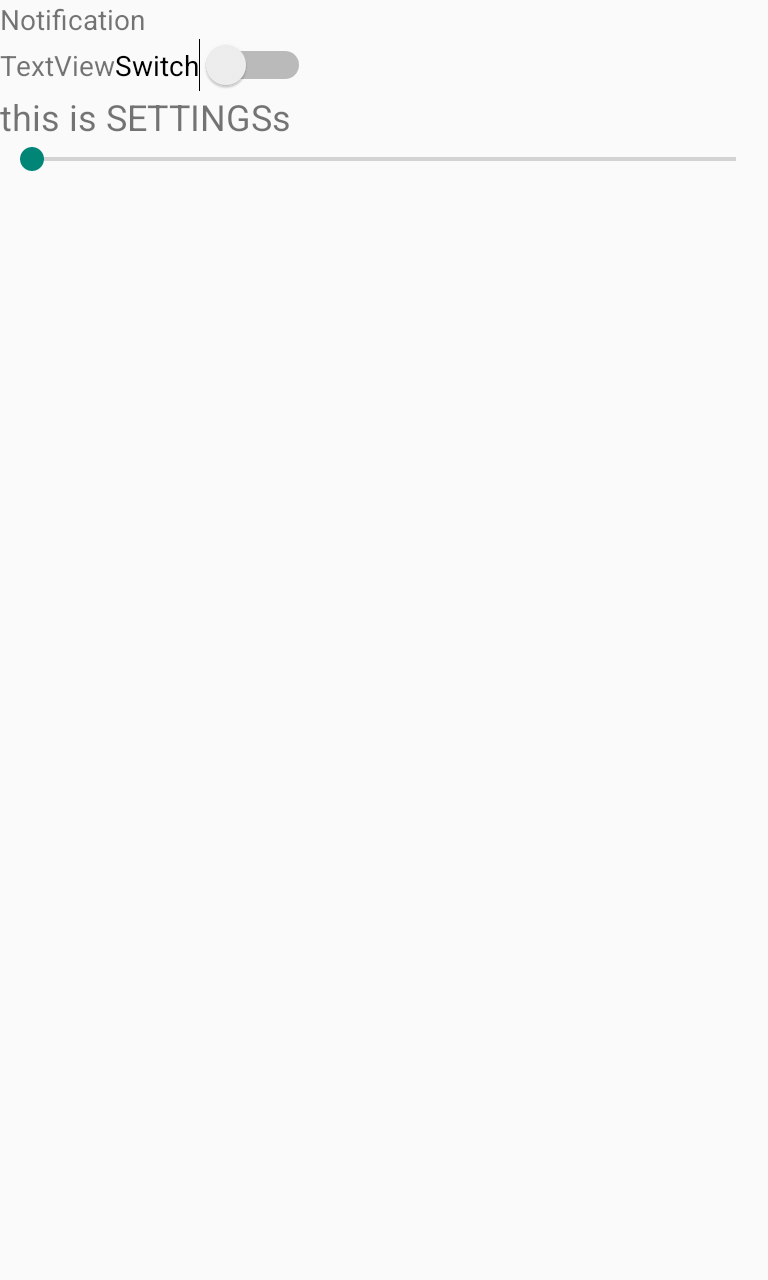
Repository: GitDidNotExitCleanly/AndroidTimer
Layout: G54MDP_Stopwatch/res/layout/fragment_settings.xml
These files come from the project's save history. The layout is drawn as it stood at one moment and after the next save; the edit follows.
It is drawn on a 768 x 1280 px phone screen (xhdpi) without system bars, with theme AppTheme; the app's code is not run.

Above is the layout before, as saved 2015-03-07 12:51:58.

After the next save:
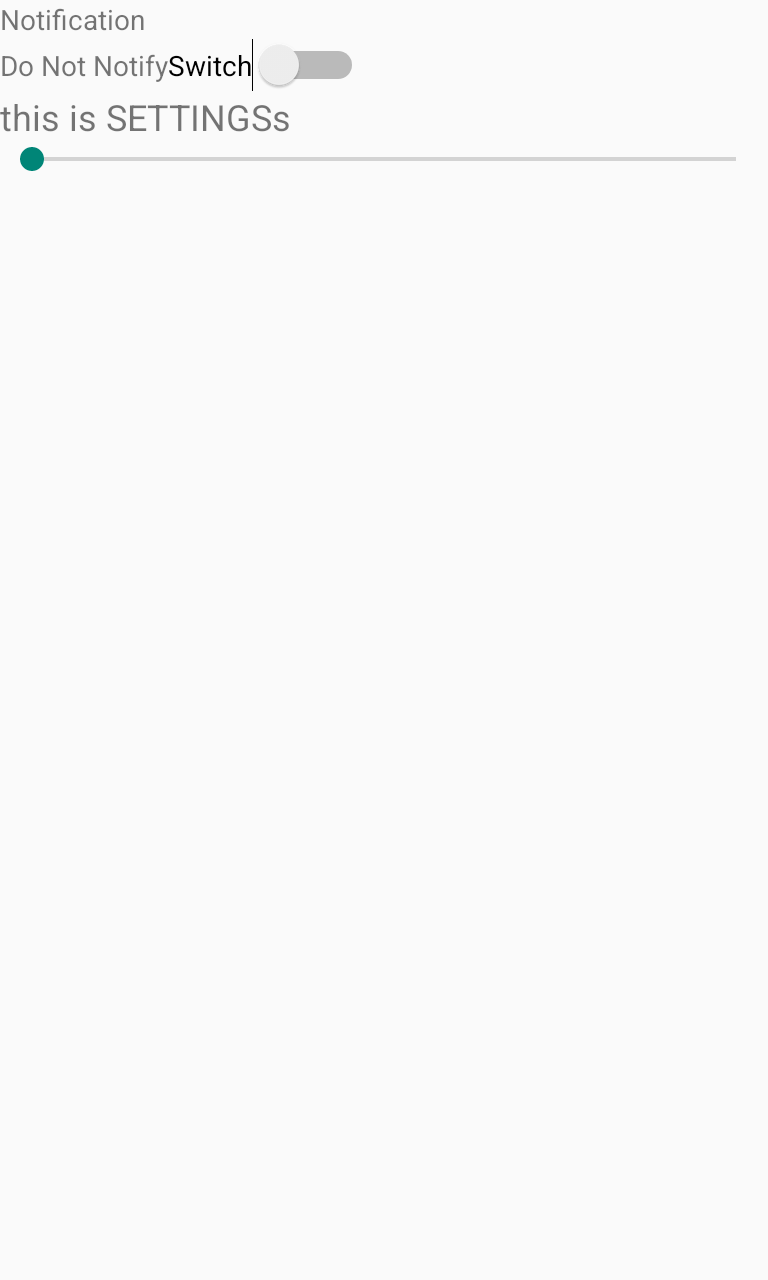
Saved 2 min 4 s later.
--- a/G54MDP_Stopwatch/res/layout/fragment_settings.xml
+++ b/G54MDP_Stopwatch/res/layout/fragment_settings.xml
@@ -22,7 +22,7 @@
                 android:id="@+id/textView2"
                 android:layout_width="wrap_content"
                 android:layout_height="wrap_content"
-                android:text="TextView" />
+                android:text="Do Not Notify" />
 
             <Switch
                 android:id="@+id/switch1"
